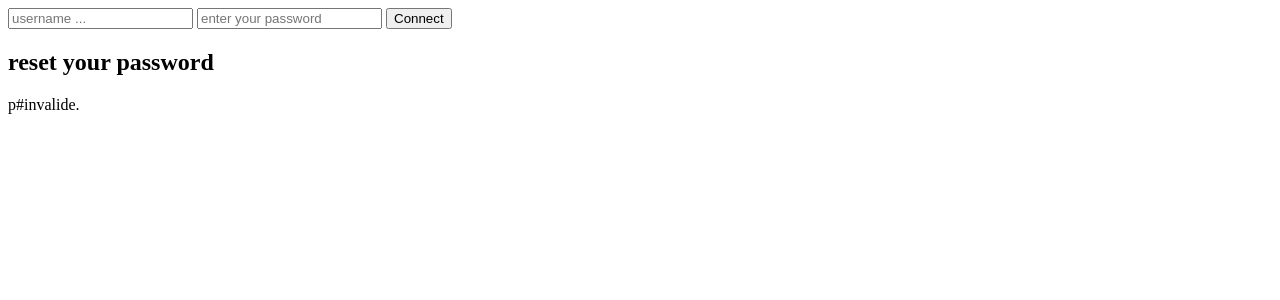
Repository: beva3/javaScrypt
Page: filter/index.html
An editor plug-in stored every save of this project. The page is shown before and after the next save, followed by the edit.
The browser window is 1280 px wide. The pictures show the whole page.

Above is the page before, as saved 2024-05-11 22:30:13.

### filter/index.html
<!DOCTYPE html>
<html lang="en">
<head>
    <meta charset="UTF-8">
    <meta name="viewport" content="width=device-width, initial-scale=1.0">
    <title>filter</title>
</head>
<body>
    <div class="session">
        <form>
            <input type="text" placeholder="username ..." required >
            <input type="password"  id="passwd" placeholder="enter your password" required>
            <input type="submit" value="Connect">
        </form>
    </div>
    <div class="message">
        <h2>reset your password</h2>
        p#invalide.
    </div>
</body>
</html>

After the next save:
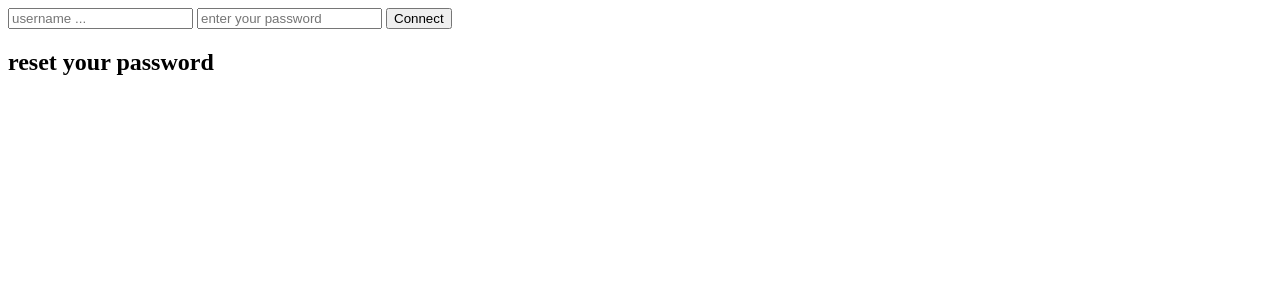
Saved 7 s later.
--- a/filter/index.html
+++ b/filter/index.html
@@ -15,7 +15,7 @@
     </div>
     <div class="message">
         <h2>reset your password</h2>
-        p#invalide.
+        <p id="invalide" class="letter"></p>
     </div>
 </body>
 </html>
